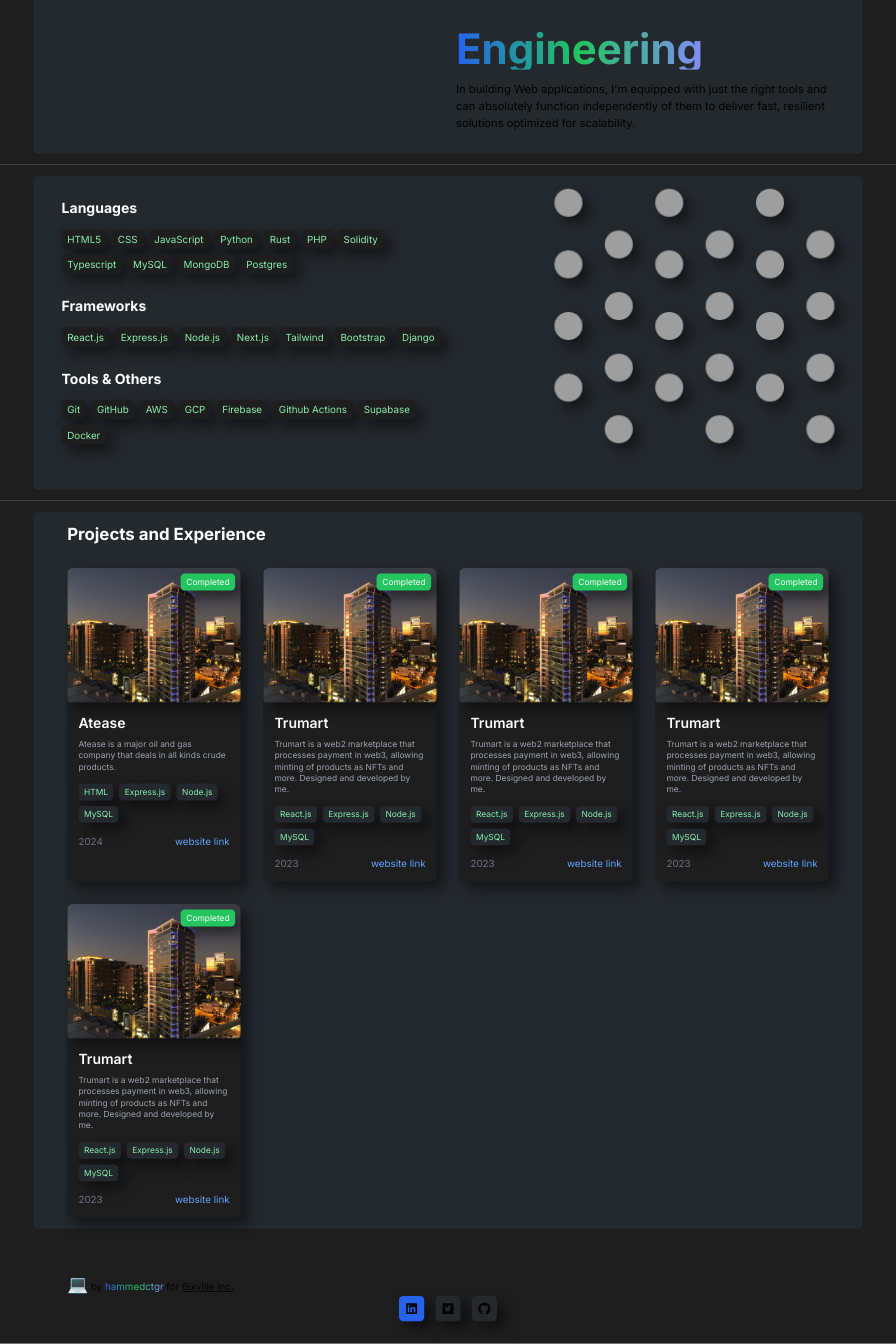
Repository: muhammedctgr/hammedctgr
Page: /
An editor plug-in stored every save of this project. The page is shown before and after a run of saves, followed by the edit.
The browser window is 1280 px wide. The pictures show the part of the page from y = 808 to 2728 px (the page is 2728 px tall), at 70% of full size.
Pictures or frames that could not be fetched are drawn as grey boxes. The project was rebuilt for these pictures with package versions that can differ from the ones it lists, and the page was loaded fresh each time. The framework's server and built-in components were replaced by stand-ins that run in the browser. Also part of the build but not shown: next.config.mjs.

Above is the page before, as saved 2024-08-13 21:32:48.

### app/layout.tsx
import type { Metadata } from "next";
import { Inter } from "next/font/google";
import "./globals.css";

const inter = Inter({ subsets: ["latin"] });

export const metadata: Metadata = {
  title: "Popoola Muhammed",
  description: "Generated by create next app",
};

export default function RootLayout({
  children,
}: Readonly<{
  children: React.ReactNode;
}>) {
  return (
    <html lang="en">
      <body className={inter.className}>{children}</body>
    </html>
  );
}

### app/page.tsx
import Head from 'next/head';
import Hero from '../components/Hero';
import SkillsSection from '@/components/SkillsSection';
import SummarySection from '@/components/SummarySection';
import ProjectsSection from '@/components/ProjectsSection';
import Footer from '@/components/Footer';

const Home = () => (
  <div>
    <Head>
      <title>Popoola Muhammed</title>
      <meta name="description" content="Welcome to my developer portfolio" />
    </Head>

    <Hero />
    <SummarySection />
    <SkillsSection />
    <ProjectsSection />
    <Footer />
  </div>
);

export default Home;

### app/globals.css
@tailwind base;
@tailwind components;
@tailwind utilities;

:root {
  --foreground-rgb: 0, 0, 0;
  --background-start-rgb: 214, 219, 220;
  --background-end-rgb: 255, 255, 255;
}

@media (prefers-color-scheme: dark) {
  :root {
    --foreground-rgb: 255, 255, 255;
    --background-start-rgb: 0, 0, 0;
    --background-end-rgb: 0, 0, 0;
  }
}

body {
  color: rgb(var(--foreground-rgb));
  background: linear-gradient(
      to bottom,
      transparent,
      rgb(var(--background-end-rgb))
    )
    rgb(var(--background-start-rgb));
}

@layer utilities {
  .text-balance {
    text-wrap: balance;
  }
}


@keyframes upDown {
  0%, 100% {
    transform: translateY(0);
  }
  50% {
    transform: translateY(-10px); /* Adjust the value as needed */
  }
}

.animate-upDown {
  animation: upDown 2s infinite ease-in-out; /* Adjust duration as needed */
}


@keyframes scroll-medium {
  0% {
    transform: translateY(-100%);
  }
  100% {
    transform: translateY(100%);
  }
}

@keyframes scroll-fast {
  0% {
    transform: translateY(-100%);
  }
  100% {
    transform: translateY(30vh);
  }
}

@keyframes scroll-upfast {
  0% {
    transform: translateY(100%);
  }
  100% {
    transform: translateY(-30vh);
  }
}

.animate-scroll-upfast {
  animation: scroll-upfast 2s linear infinite;
}

.animate-scroll-fast {
  animation: scroll-fast 2s linear infinite;
}

.animate-scroll-medium {
  animation: scroll-medium 6s linear infinite;
}

.animate-scroll-delay {
  animation-delay: 2s;
}

.animate-scroll-delay-long {
  animation-delay: 4s;
}

.animate-scroll {
  animation: scroll 10s linear infinite;
}

.neumorph {
  border-radius: 5px;
  background: linear-gradient(145deg, #161414, #1a1818);
  box-shadow:  5px 5px 10px #111010,
               -5px -5px 10px #1f1c1c;
}

### components/Hero.tsx
import Image from 'next/image';
import profilePic from '../public/profile.png';
import { AiFillLinkedin, AiFillGithub, AiFillTwitterSquare, AiFillX } from 'react-icons/ai';

const Hero = () => {
  return (
    <section className="bg-gptGray px-4 py-4 md:pt-8 md:px-8 lg:px-12 text-white flex items-center">
  <div className="container bg-githubGray shadow-lg rounded-md mx-auto flex flex-col md:flex-row md:px-2 relative overflow-hidden">
    <div className="flex-1 text-left p-4 md:p-8">
      <div className="inline-block bg-blue-600 text-black py-1 px-3 mb-4 rounded-md">
        Hi, I’m
      </div>
      <div className="mb-6">
        <h1 className="text-xl md:text-3xl font-bold">Popoola Muhammed</h1>
        <p className="mt-2 text-lg md:text-xl">Full-Stack Developer, I build and manage</p>
      </div>
      <ul className="mt-4 list-disc list-inside text-xs md:text-base">
        <li>Highly Optimized and Responsive <span className="text-blue-600">FRONT-END</span></li>
        <li>Secure and Scalable <span className="text-blue-600">BACK-END & DATABASE</span></li>
        <li><span className="text-blue-600">IT</span> Infrastructure</li>
      </ul>
      <div className="mt-6">
        <a href="#contact" className="underline">Let’s Connect</a>
        <div className="mt-2 flex justify-start space-x-4">
          <a href="#" className="bg-blue-600 p-2 rounded-md shadow-deep-all">
            <AiFillLinkedin size={20} />
          </a>
          <a href="#" className="bg-githubGray p-2 rounded-md shadow-deep-all">
            <AiFillTwitterSquare size={20} />
          </a>
          <a href="#" className="bg-githubGray p-2 rounded-md shadow-deep-all">
            <AiFillGithub size={20} />
          </a>
        </div>
      </div>
    </div>
    <div className="relative flex-1 p-4 md:p-8">
      <img src="https://cdn.jsdelivr.net/gh/devicons/devicon@latest/icons/python/python-original.svg" className="right-4 w-8 h-8 md:w-16 md:h-16 lg:w-16 lg:h-16 bg-gptGray rounded-md animate-bounce shadow-deep-all" />
      <div className="relative w-40 h-40 md:w-72 md:h-72 lg:w-96 lg:h-96 mx-auto">
        <Image src={profilePic} alt="Popoola Muhammed" layout="fill" className="rounded-full object-cover animate-upDown" />
      </div>
      <img src="https://cdn.jsdelivr.net/gh/devicons/devicon@latest/icons/rust/rust-original.svg"  className="w-8 h-8 md:w-16 md:h-16 lg:w-16 lg:h-16 bg-gptGray rounded-3xl shadow-deep-all animate-bounce absolute top-8 right-4" />
      <img src="https://cdn.jsdelivr.net/gh/devicons/devicon@latest/icons/javascript/javascript-original.svg" className="w-8 h-8 md:w-12 md:h-12 lg:w-12 lg:h-12 bg-gptGray rounded-md animate-bounce shadow-deep-all" />
    </div>
    <img src="https://cdn.jsdelivr.net/gh/devicons/devicon@latest/icons/nextjs/nextjs-original.svg" className="w-8 h-8 md:w-12 md:h-12 lg:w-12 lg:h-12 bg-gptGray rounded-3xl shadow-deep-all animate-bounce absolute bottom-4 right-36" />
  </div>
</section>
  );
};

export default Hero;

### components/SkillsSection.tsx
import Image from 'next/image';
import { FC } from 'react';

interface SkillCategory {
  title: string;
  skills: { name: string; }[];
}

const skills: SkillCategory[] = [
  {
    title: "Languages",
    skills: [
      { name: "HTML5",  },
      { name: "CSS", },
      { name: "JavaScript",  },
      { name: "Python", },
      { name: "Rust",  },
      { name: "PHP", },
      { name: "Solidity",  },
      { name: "Typescript",  },
      { name: "MySQL",  },
      { name: "MongoDB", },
      { name: "Postgres", },
    ],
  },
  {
    title: "Frameworks",
    skills: [
      { name: "React.js", },
      { name: "Express.js",  },
      { name: "Node.js", },
      { name: "Next.js", },
      { name: "Tailwind", },
      { name: "Bootstrap", },
      { name: "Django", }
    ],
  },
  {
    title: "Tools & Others",
    skills: [
      { name: "Git",  },
      { name: "GitHub",  },
      { name: "AWS", },
      { name: "GCP", },
      { name: "Firebase", },
      { name: "Github Actions", },
      { name: "Supabase",  },
      { name: "Docker",  },
    ],
  },
];

const icons = [
  "/icons/html5.svg", // Replace with your icon paths
  "/icons/css3.svg",
  "/icons/javascript.svg",
  "/icons/python.svg",
  // Add the rest of the icons as needed
];

const SkillsSection: FC = () => {
  return (
  <section className="px-4 py-4 md:px-8 lg:px-12 bg-gptGray text-white w-full h-full">
  <div className="container bg-githubGray rounded-md mx-auto flex flex-col md:flex-row items-start md:px-2">
    <div className="flex-1 p-4 md:p-8">
      {skills.map((category) => (
        <div key={category.title} className="mb-8">
          <h2 className="text-lg md:text-xl font-bold mb-4 ">{category.title}</h2>
          <div className="flex flex-wrap gap-2">
            {category.skills.map((skill) => (
              <span
                key={skill.name}
                className={`px-2 py-1 rounded-md text-sm shadow-deep-all bg-gptGray text-green-300`}
              >
                {skill.name}
              </span>
            ))}
          </div>
        </div>
      ))}
    </div>
    <div className="flex-1 flex flex-col items-center md:items-end overflow-hidden md:pb-8">
      <div className="grid grid-cols-6 md:grid-cols-6 gap-8 p-4 md:p-8">
      <img src="https://cdn.jsdelivr.net/gh/devicons/devicon@latest/icons/html5/html5-original.svg" className="w-10 h-10 md:w-10 md:h-10 lg:w-10 lg:h-10 bg-gptGray rounded-3xl shadow-deep-all mt-4 animate-scroll-fast" />
      <img src="https://cdn.jsdelivr.net/gh/devicons/devicon@latest/icons/css3/css3-original.svg" className="w-10 h-10 md:w-10 md:h-10 lg:w-10 lg:h-10 bg-gptGray rounded-3xl shadow-deep-all mt-4 animate-scroll-upfast" />
      <img src="https://cdn.jsdelivr.net/gh/devicons/devicon@latest/icons/javascript/javascript-original.svg" className="w-10 h-10 md:w-10 md:h-10 lg:w-10 lg:h-10 bg-gptGray rounded-3xl shadow-deep-all mt-4 animate-scroll-fast" />
      <img src="https://cdn.jsdelivr.net/gh/devicons/devicon@latest/icons/python/python-original.svg" className="w-10 h-10 md:w-10 md:h-10 lg:w-10 lg:h-10 bg-gptGray rounded-3xl shadow-deep-all mt-4 animate-scroll-upfast" />
      <img src="https://cdn.jsdelivr.net/gh/devicons/devicon@latest/icons/rust/rust-original.svg"  className="w-10 h-10 md:w-10 md:h-10 lg:w-10 lg:h-10 bg-gptGray rounded-3xl shadow-deep-all mt-4 animate-scroll-fast" />
      <img src="https://cdn.jsdelivr.net/gh/devicons/devicon@latest/icons/php/php-original.svg" className="w-10 h-10 md:w-10 md:h-10 lg:w-10 lg:h-10 bg-gptGray rounded-3xl shadow-deep-all mt-4 animate-scroll-upfast"  />
      <img src="https://cdn.jsdelivr.net/gh/devicons/devicon@latest/icons/solidity/solidity-original.svg" className="w-10 h-10 md:w-10 md:h-10 lg:w-10 lg:h-10 bg-gptGray rounded-3xl shadow-deep-all mt-4 animate-scroll-fast" />
      <img src="https://cdn.jsdelivr.net/gh/devicons/devicon@latest/icons/typescript/typescript-original.svg" className="w-10 h-10 md:w-10 md:h-10 lg:w-10 lg:h-10 bg-gptGray rounded-3xl shadow-deep-all mt-4 animate-scroll-upfast" />
      <img src="https://cdn.jsdelivr.net/gh/devicons/devicon@latest/icons/mysql/mysql-original.svg" className="w-10 h-10 md:w-10 md:h-10 lg:w-10 lg:h-10 bg-gptGray rounded-3xl shadow-deep-all mt-4 animate-scroll-fast" />
      <img src="https://cdn.jsdelivr.net/gh/devicons/devicon@latest/icons/mongodb/mongodb-original.svg" className="w-10 h-10 md:w-10 md:h-10 lg:w-10 lg:h-10 bg-gptGray rounded-3xl shadow-deep-all mt-4 animate-scroll-upfast" />
      <img src="https://cdn.jsdelivr.net/gh/devicons/devicon@latest/icons/react/react-original.svg" className="w-10 h-10 md:w-10 md:h-10 lg:w-10 lg:h-10 bg-gptGray rounded-3xl shadow-deep-all mt-4 animate-scroll-fast" />
      <img src="https://cdn.jsdelivr.net/gh/devicons/devicon@latest/icons/nextjs/nextjs-original.svg" className="w-10 h-10 md:w-10 md:h-10 lg:w-10 lg:h-10 bg-gptGray rounded-3xl shadow-deep-all mt-4 animate-scroll-upfast" />
      <img src="https://cdn.jsdelivr.net/gh/devicons/devicon@latest/icons/tailwindcss/tailwindcss-original.svg" className="w-10 h-10 md:w-10 md:h-10 lg:w-10 lg:h-10 bg-gptGray rounded-3xl shadow-deep-all mt-4 animate-scroll-fast" />
      <img src="https://cdn.jsdelivr.net/gh/devicons/devicon@latest/icons/git/git-original.svg" className="w-10 h-10 md:w-10 md:h-10 lg:w-10 lg:h-10 bg-gptGray rounded-3xl shadow-deep-all mt-4 animate-scroll-upfast" />
      <img src="https://cdn.jsdelivr.net/gh/devicons/devicon@latest/icons/github/github-original.svg" className="w-10 h-10 md:w-10 md:h-10 lg:w-10 lg:h-10 bg-gptGray rounded-3xl shadow-deep-all mt-4 animate-scroll-fast" />
      <img src="https://cdn.jsdelivr.net/gh/devicons/devicon@latest/icons/amazonwebservices/amazonwebservices-original-wordmark.svg" className="w-10 h-10 md:w-10 md:h-10 lg:w-10 lg:h-10 bg-gptGray rounded-3xl shadow-deep-all mt-4 animate-scroll-upfast" />
      <img src="https://cdn.jsdelivr.net/gh/devicons/devicon@latest/icons/googlecloud/googlecloud-original.svg" className="w-10 h-10 md:w-10 md:h-10 lg:w-10 lg:h-10 bg-gptGray rounded-3xl shadow-deep-all mt-4 animate-scroll-fast" />
      <img src="https://cdn.jsdelivr.net/gh/devicons/devicon@latest/icons/postgresql/postgresql-original.svg" className="w-10 h-10 md:w-10 md:h-10 lg:w-10 lg:h-10 bg-gptGray rounded-3xl shadow-deep-all mt-4 animate-scroll-upfast" />
      <img src="https://cdn.jsdelivr.net/gh/devicons/devicon@latest/icons/supabase/supabase-original.svg" className="w-10 h-10 md:w-10 md:h-10 lg:w-10 lg:h-10 bg-gptGray rounded-3xl shadow-deep-all mt-4 animate-scroll-fast" />
      <img src="https://cdn.jsdelivr.net/gh/devicons/devicon@latest/icons/docker/docker-original.svg" className="w-10 h-10 md:w-10 md:h-10 lg:w-10 lg:h-10 bg-gptGray rounded-3xl shadow-deep-all mt-4 animate-scroll-upfast" />
      <img src="https://cdn.jsdelivr.net/gh/devicons/devicon@latest/icons/django/django-plain.svg" className="w-10 h-10 md:w-10 md:h-10 lg:w-10 lg:h-10 bg-gptGray rounded-3xl shadow-deep-all mt-4 animate-scroll-fast" />
      <img src="https://cdn.jsdelivr.net/gh/devicons/devicon@latest/icons/bootstrap/bootstrap-original.svg" className="w-10 h-10 md:w-10 md:h-10 lg:w-10 lg:h-10 bg-gptGray rounded-3xl shadow-deep-all mt-4 animate-scroll-upfast" />
      <img src="https://cdn.jsdelivr.net/gh/devicons/devicon@latest/icons/nodejs/nodejs-original.svg" className="w-10 h-10 md:w-10 md:h-10 lg:w-10 lg:h-10 bg-gptGray rounded-3xl shadow-deep-all mt-4 animate-scroll-fast" />
      <img src="https://cdn.jsdelivr.net/gh/devicons/devicon@latest/icons/githubactions/githubactions-original.svg" className="w-10 h-10 md:w-10 md:h-10 lg:w-10 lg:h-10 bg-gptGray rounded-3xl shadow-deep-all mt-4 animate-scroll-upfast" />
      </div>
    </div>
  </div>
</section>
  );
};

export default SkillsSection;

### components/SummarySection.tsx
import { FC } from 'react';

const SummarySection: FC = () => {
  return (
<section className="px-4 py-4 md:px-8 lg:px-12 bg-gptGray relative overflow-hidden">
  <div className="container bg-githubGray mx-auto flex rounded-md flex-col md:flex-row justify-between items-start md:px-8 p-4 md:p-8">
    <div className=" mb-8 md:mb-8">
      <div className="mb-4">
        <span className="text-4xl md:text-6xl font-bold bg-gradient-to-r from-blue-600 via-green-500 to-indigo-400 inline-block text-transparent bg-clip-text">Software</span>
      </div>
      <p className="text-sm md:text-base">
        I'm probably not the typical dev stationed behind a computer, but building state-of-the-art web apps, optimizing performance for scale and avoiding downtime is where you'll find me.
      </p>
    </div>
    <div className=" md:mt-48">
      <div className="mb-4">
        <span className="text-4xl md:text-6xl font-bold bg-gradient-to-r from-blue-600 via-green-500 to-indigo-400 inline-block text-transparent bg-clip-text">Engineering</span>
      </div>
      <p className="text-sm md:text-base">
        In building Web applications, I'm equipped with just the right tools and can absolutely function independently of them to deliver fast, resilient solutions optimized for scalability.
      </p>
    </div>
  </div>
</section>
  );
};

export default SummarySection;

### components/ProjectsSection.tsx
import { FC } from 'react';

interface Project {
  title: string;
  description: string;
  technologies: string[];
  date: string;
  status: string;
  image: string;
  link: string;
}

const projects: Project[] = [
  {
    title: "Atease",
    description: "Atease is a major oil and gas company that deals in all kinds crude products.",
    technologies: ["HTML", "Express.js", "Node.js", "MySQL"],
    date: "2024",
    status: "Completed",
    image: "pic1.jpg",
    link: "https://ateasegroup.com",
  },
  {
    title: "Trumart",
    description: "Trumart is a web2 marketplace that processes payment in web3, allowing minting of products as NFTs and more. Designed and developed by me.",
    technologies: ["React.js", "Express.js", "Node.js", "MySQL"],
    date: "2023",
    status: "Completed",
    image: "pic1.jpg",
    link: "https://example.com",
  },
  {
    title: "Trumart",
    description: "Trumart is a web2 marketplace that processes payment in web3, allowing minting of products as NFTs and more. Designed and developed by me.",
    technologies: ["React.js", "Express.js", "Node.js", "MySQL"],
    date: "2023",
    status: "Completed",
    image: "pic1.jpg",
    link: "https://example.com",
  },
  {
    title: "Trumart",
    description: "Trumart is a web2 marketplace that processes payment in web3, allowing minting of products as NFTs and more. Designed and developed by me.",
    technologies: ["React.js", "Express.js", "Node.js", "MySQL"],
    date: "2023",
    status: "Completed",
    image: "pic1.jpg",
    link: "https://example.com",
  },
  {
    title: "Trumart",
    description: "Trumart is a web2 marketplace that processes payment in web3, allowing minting of products as NFTs and more. Designed and developed by me.",
    technologies: ["React.js", "Express.js", "Node.js", "MySQL"],
    date: "2023",
    status: "Completed",
    image: "pic1.jpg",
    link: "https://example.com",
  },
  // Add more projects as needed...
];

const ProjectsSection: FC = () => {
  return (
    <section className="bg-gptGray md:px-8 px-4 py-4 lg:px-12">
      <div className="container bg-githubGray rounded-md mx-auto md:px-8 ">
        <h2 className="text-2xl font-bold text-white p-4">Projects and Experience</h2>
        <div className="grid grid-cols-1 sm:grid-cols-3 lg:grid-cols-4 gap-8 p-4">
          {projects.map((project, index) => (
            <div key={index} className="bg-gptGray rounded-lg overflow-hidden shadow-deep-all">
              <div className="relative w-full h-48">
                <img src={project.image} alt={project.title} className="w-full h-full object-cover shadow-deep-all rounded-md" />
                <span className="shadow-deep-all absolute top-2 right-2 bg-green-500 text-xs text-white px-2 py-1 rounded-md">{project.status}</span>
              </div>
              <div className="p-4">
                <h3 className="text-xl font-semibold text-white mb-2">{project.title}</h3>
                <p className="text-gray-400 text-xs mb-4">{project.description}</p>
                <div className="flex flex-wrap gap-2 mb-4">
                  {project.technologies.map((tech, i) => (
                    <span key={i} className="bg-githubGray shadow-deep-all text-green-300 text-xs px-2 py-1 rounded-md">{tech}</span>
                  ))}
                </div>
                <div className="flex justify-between items-center">
                  <span className="text-gray-500 text-sm">{project.date}</span>
                  <a href={project.link} target="_blank" rel="noopener noreferrer" className="text-blue-400 hover:underline text-sm">website link</a>
                </div>
              </div>
            </div>
          ))}
        </div>
      </div>
    </section>
  );
};

export default ProjectsSection;

### components/Footer.tsx
import { AiFillLinkedin, AiFillGithub, AiFillTwitterSquare, AiFillX } from 'react-icons/ai';

const Footer = () => {
    return (
        <div className="bg-gptGray px-4 py-4 md:pt-4 md:px-4 lg:px-12">
            <div className='bg-gptGray px-4 py-4 md:pt-8 md:px-12 text-sm'>
                <p>
                <span className='text-2xl'>&#128187;</span> by <span className='bg-gradient-to-r from-blue-600 via-green-500 to-indigo-400 inline-block text-transparent bg-clip-text'>hammedctgr</span> for <a href="https://6ixville.github.io/" target="_blank" rel="noopener noreferrer" className='underline'>6ixville Inc.</a>
                </p>
                <div className="">
                    <div className=" flex justify-center space-x-4 ">
                        <a href="#" className="bg-blue-600 p-2 rounded-md shadow-deep-all">
                            <AiFillLinkedin size={20} />
                        </a>
                        <a href="#" className="bg-githubGray p-2 rounded-md shadow-deep-all">
                            <AiFillTwitterSquare size={20} />
                        </a>
                        <a href="#" className="bg-githubGray p-2 rounded-md shadow-deep-all">
                            <AiFillGithub size={20} />
                        </a>
                    </div>
                </div>
            </div>
       </div>
     );
}

export default Footer;

### tailwind.config.ts
import type { Config } from "tailwindcss";

const config: Config = {
  content: [
    "./pages/**/*.{js,ts,jsx,tsx,mdx}",
    "./components/**/*.{js,ts,jsx,tsx,mdx}",
    "./app/**/*.{js,ts,jsx,tsx,mdx}",
  ],
  theme: {
    extend: {
      backgroundImage: {
        "gradient-radial": "radial-gradient(var(--tw-gradient-stops))",
        "gradient-conic":
          "conic-gradient(from 180deg at 50% 50%, var(--tw-gradient-stops))",
      },
      colors: {
        githubGray: '#24292e',
        gptGray: '#1e1e1e', // Define the exact color
        gradient: 'bg-gradient-to-r from-blue-600 via-green-500 to-indigo-400 inline-block text-transparent bg-clip-text'
      },
      boxShadow: {
        'deep-right': '10px 10px 20px rgba(0, 0, 0, 0.25)',  // Right side shadow
        'deep-left': '-10px 10px 20px rgba(0, 0, 0, 0.25)',  // Left side shadow
        'deep-top': '10px -10px 20px rgba(0, 0, 0, 0.25)',   // Top side shadow
        'deep-bottom': '10px 10px 20px rgba(0, 0, 0, 0.25)', // Bottom side shadow
        'deep-all': '10px 10px 20px rgba(0, 0, 0, 0.5)',     // All sides shadow
      }
    },
  },
  plugins: [],
};
export default config;

After the next 2 saves:
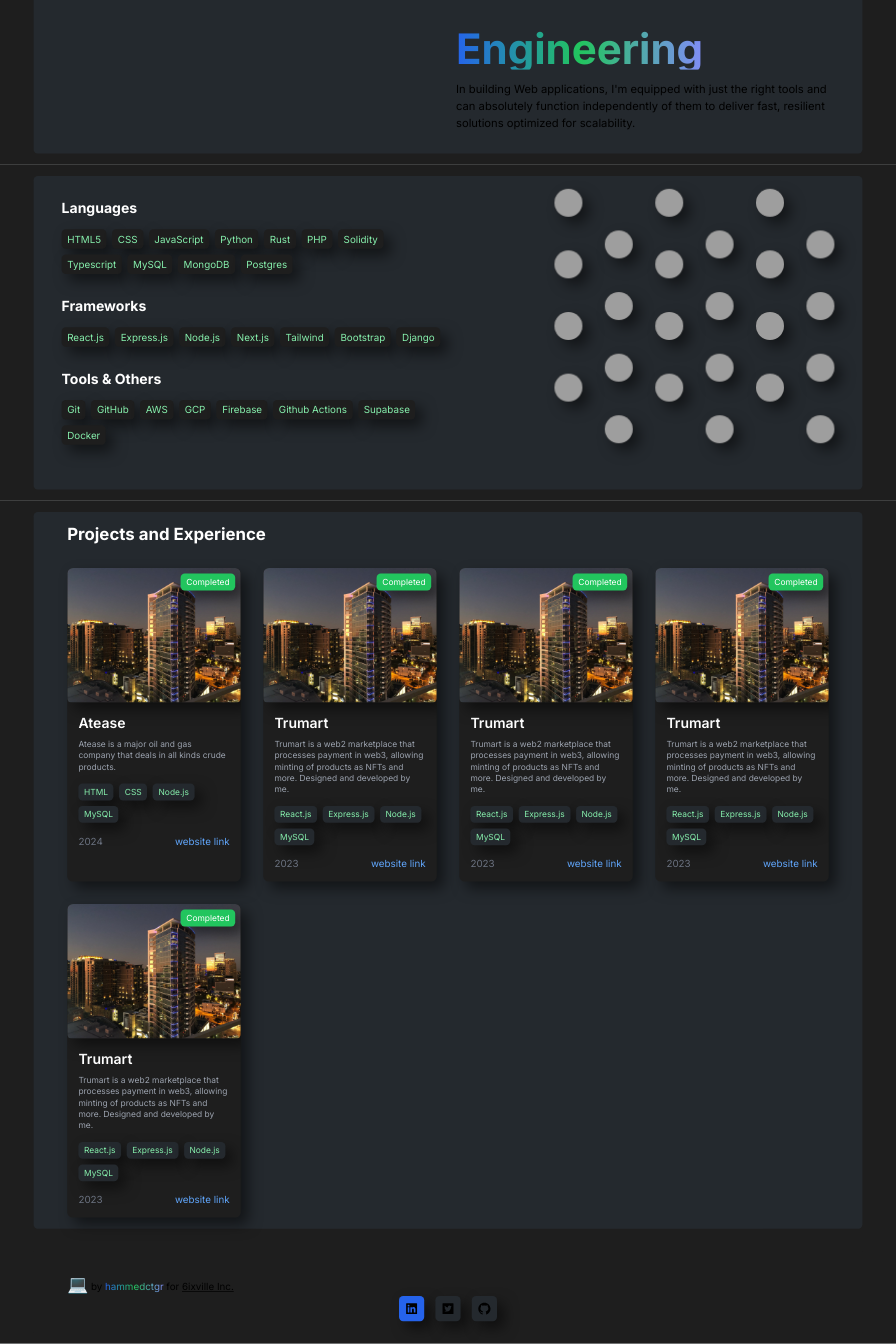
The 2 saves are shown as one change because they came seconds apart.
The last was saved 10 s later.
--- a/components/ProjectsSection.tsx
+++ b/components/ProjectsSection.tsx
@@ -14,7 +14,7 @@
   {
     title: "Atease",
     description: "Atease is a major oil and gas company that deals in all kinds crude products.",
-    technologies: ["HTML", "Express.js", "Node.js", "MySQL"],
+    technologies: ["HTML", "CSS", "Node.js", "MySQL"],
     date: "2024",
     status: "Completed",
     image: "pic1.jpg",
